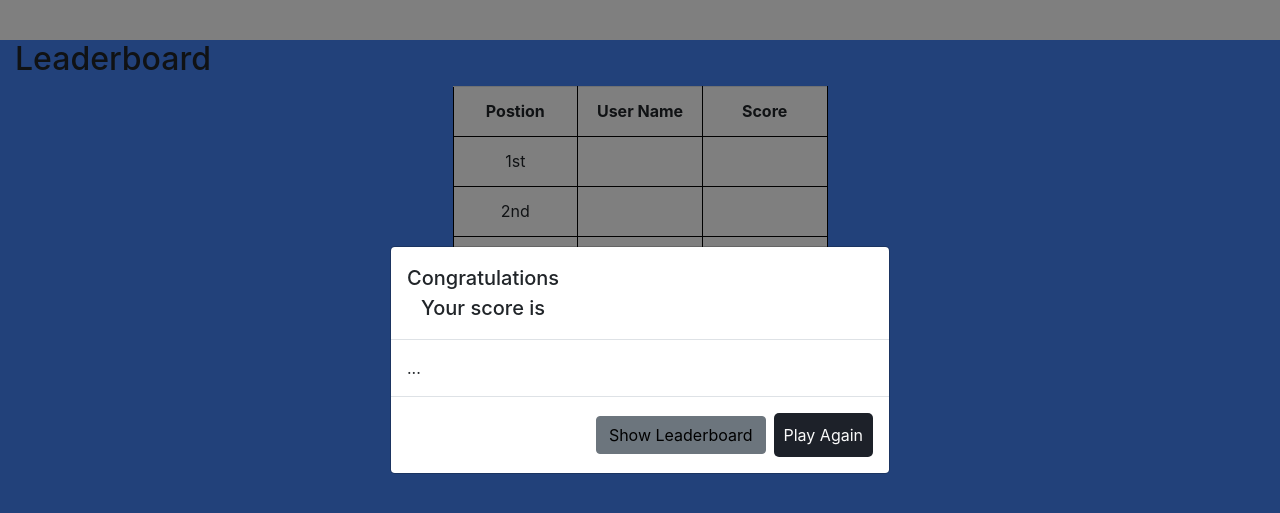
Repository: Code-Institute-Submissions/quiz-1
Page: leaderboard.html
The author's editor kept a record of every edit. The page is drawn from the files as they stood at one moment, then again after the next edit.
The browser window is 1280 px wide. The pictures show the window.
A layer covers the whole window, so only the first screen is drawn.

Above is the page before.

### leaderboard.html
<!DOCTYPE html>
<html lang="en">

<head>
    <meta charset="UTF-8">
    <meta name="viewport" content="width=device-width, initial-scale=1.0">
    <meta http-equiv="X-UA-Compatible" content="ie=edge">
    <link rel="stylesheet" href="https://stackpath.bootstrapcdn.com/bootstrap/4.4.1/css/bootstrap.min.css" type="text/css" />
    <link rel="stylesheet" href="https://stackpath.bootstrapcdn.com/font-awesome/4.7.0/css/font-awesome.min.css" type="text/css" />
    <link href="https://fonts.googleapis.com/css2?family=Montserrat&display=swap" rel="stylesheet">
    <link rel="stylesheet" href="assets/css/style.css" type="text/css" />
    <script src="https://cdnjs.cloudflare.com/ajax/libs/jquery/3.5.0/jquery.min.js" integrity="sha256-xNzN2a4ltkB44Mc/Jz3pT4iU1cmeR0FkXs4pru/JxaQ=" crossorigin="anonymous"></script>
    <script type="text/javascript" src="assets/js/modal-score.js"></script>
    <title>Quiz</title>
</head>

<body>
    <div class="container-fluid home">
        <div class="modal fade" id="exampleModalCenter" tabindex="-1" role="dialog" aria-labelledby="exampleModalCenterTitle" aria-hidden="true">
            <div class="modal-dialog modal-dialog-centered" role="document">
                <div class="modal-content">
                    <div class="modal-header">
                        <h5 class="modal-title" id="exampleModalLongTitle">Congratulations<br>Your score is</h5>
                    </div>
                    <div class="modal-body">
                        ...
                    </div>
                    <div class="modal-footer">
                        <button type="button" class="btn btn-secondary" data-dismiss="modal">Show Leaderboard</button>
                        <a href="load.html" class="load-button">Play Again</a>
                    </div>
                </div>
            </div>
        </div>
        <div class="table">
            <caption><h2 class="leaderboard-title">Leaderboard</h2></caption>
            <table>
                <tr>
                    <th>Postion</th>
                    <th>User Name</th>
                    <th>Score</th>
                </tr>
                <tr>
                    <td>1st</td>
                    <td></td>
                    <td></td>
                </tr>
                <tr>
                    <td>2nd</td>
                    <td></td>
                    <td></td>
                </tr>
                <tr>
                    <td>3rd</td>
                    <td></td>
                    <td></td>
                </tr>
                <tr>
                    <td>4th</td>
                    <td></td>
                    <td></td>
                </tr>
                <tr>
                    <td>5th</td>
                    <td></td>
                    <td></td>
                </tr>
            </table>
        </div>
        <div class="score-message">

        </div>
    </div>
    <footer class="container-fluid">
        <div id="footer-details" class="row">
            <div class="col-sm">
                <h4 class="uppercase footer-info">Social Links</h4>
                <ul class="list-inline social-links">
                    <li class="list-inline-item">
                        <a target="_blank" href="#">
                            <i class="fa fa-facebook fa-3x" aria-hidden="true"></i>
                            <span class="sr-only">Facebook</span>
                        </a>
                    </li>
                    <li class="list-inline-item">
                        <a target="_blank" href="#">
                            <i class="fa fa-twitter fa-3x" aria-hidden="true"></i>
                            <span class="sr-only">Twitter</span>
                        </a>
                    </li>
                    <li class="list-inline-item">
                        <a target="_blank" href="#">
                            <i class="fa fa-linkedin fa-3x" aria-hidden="true"></i>
                            <span class="sr-only">LinkedIn</span>
                        </a>
                    </li>
                    <li class="list-inline-item">
                        <a target="_blank" href="#">
                            <i class="fa fa-pinterest fa-3x" aria-hidden="true"></i>
                            <span class="sr-only">pinterest</span>
                        </a>
                    </li>
                    <li class="list-inline-item">
                        <a target="_blank" href="#">
                            <i class="fa fa-instagram fa-3x" aria-hidden="true"></i>
                            <span class="sr-only">Instagram</span>
                        </a>
                    </li>
                    <li class="list-inline-item">
                        <a target="_blank" href="#">
                            <i class="fa fa-youtube fa-3x" aria-hidden="true"></i>
                            <span class="sr-only">Youtube</span>
                        </a>
                    </li>
                </ul>
                <div class="copyright">
                    <p>Copyright &#169; Quiz<br>Website by Joseph Kelly</p>
                </div>
            </div>
        </div>
    </footer>
    <script src="https://code.jquery.com/jquery-3.3.1.slim.min.js" integrity="sha384-q8i/X+965DzO0rT7abK41JStQIAqVgRVzpbzo5smXKp4YfRvH+8abtTE1Pi6jizo" crossorigin="anonymous"></script>
    <script src="https://cdnjs.cloudflare.com/ajax/libs/popper.js/1.14.7/umd/popper.min.js" integrity="sha384-UO2eT0CpHqdSJQ6hJty5KVphtPhzWj9WO1clHTMGa3JDZwrnQq4sF86dIHNDz0W1" crossorigin="anonymous"></script>
    <script src="https://stackpath.bootstrapcdn.com/bootstrap/4.3.1/js/bootstrap.min.js" integrity="sha384-JjSmVgyd0p3pXB1rRibZUAYoIIy6OrQ6VrjIEaFf/nJGzIxFDsf4x0xIM+B07jRM" crossorigin="anonymous"></script>
</body>

</html>

### assets/css/style.css
/*--------------------------- home --------------- */

.home {
  background-color: #4582F4;
  height: 765px;
}

.info {
  font-family: 'Montserrat', sans-serif;
  text-align: center;
  padding-top: 40px;
  width: 50%;
  margin: auto;
}

.load {
  display: flex;
  justify-content: center;
  align-items: center;
  padding-top: 40px;
  padding-bottom: 40px;
}

.load-button {
  background-color: #1D2129;
  webkit-appearance: button;
  -moz-appearance: button;
  appearance: button;

  text-decoration: none;
  color: #fafafa;
  padding: 10px;
  border-radius: 5px;
}

/*--------------------------- animation --------------- */

.quiz-time {
  text-align: center;
  padding-top: 100px;
  width: 100vw;
  font-family: 'Montserrat', sans-serif;
  display: flex;
  justify-content: center;
  align-items: center;
  margin: -20px;
}

h1 span {
  position: relative;
  top: 20px;
  display: inline-block;
  -webkit-animation: bounce 0.3s ease infinite alternate;
  font-size: 100px;
  color: #fff;
  text-shadow: 0 1px 0 #ccc, 0 2px 0 #ccc, 0 3px 0 #ccc, 0 4px 0 #ccc,
  0 5px 0 #ccc, 0 6px 0 transparent, 0 7px 0 transparent, 0 8px 0 transparent,
  0 9px 0 transparent, 0 10px 10px rgba(0, 0, 0, 0.4);
}

h1 span:nth-child(2) {
  -webkit-animation-delay: 0.1s;
}

h1 span:nth-child(3) {
  -webkit-animation-delay: 0.2s;
}

h1 span:nth-child(4) {
  -webkit-animation-delay: 0.3s;
}

h1 span:nth-child(5) {
  -webkit-animation-delay: 0.4s;
}

h1 span:nth-child(6) {
  -webkit-animation-delay: 0.5s;
}

h1 span:nth-child(7) {
  -webkit-animation-delay: 0.6s;
}

h1 span:nth-child(8) {
  -webkit-animation-delay: 0.2s;
}

h1 span:nth-child(9) {
  -webkit-animation-delay: 0.3s;
}

h1 span:nth-child(10) {
  -webkit-animation-delay: 0.4s;
}

h1 span:nth-child(11) {
  -webkit-animation-delay: 0.5s;
}

h1 span:nth-child(12) {
  -webkit-animation-delay: 0.6s;
}

h1 span:nth-child(13) {
  -webkit-animation-delay: 0.7s;
}

h1 span:nth-child(14) {
  -webkit-animation-delay: 0.8s;
}

/* ANIMATION */

@-webkit-keyframes bounce {
  100% {
    top: -20px;
    text-shadow: 0 1px 0 #ccc, 0 2px 0 #ccc, 0 3px 0 #ccc, 0 4px 0 #ccc,
    0 5px 0 #ccc, 0 6px 0 #ccc, 0 7px 0 #ccc, 0 8px 0 #ccc, 0 9px 0 #ccc,
    0 50px 25px rgba(0, 0, 0, 0.2);
  }
}

/*--------------------------- footer --------------- */

footer {
  color: #fafafa;
  padding-top: 25px;
  background-color: #B2B5B9;
  display: inline-block;
}

.footer-info {
  font-weight: bold;
  text-align: center;
  color: #000000;
}

.list-inline-item {
  margin-left: 10px;
  margin-right: 10px;
}

.uppercase {
  text-transform: uppercase;
}

.social-links {
  text-align: center;
  color: #000000;
}

.copyright {
  text-align: center;
  color: #000000;
}

/*--------------------------- Quiz Loading --------------- */

.select-amount {
  width: 30%;
  margin-top: 200px;
  margin-bottom: 20px;
  margin-right: 35%;
  margin-left: 35%;
}

.select-category {
  width: 30%;
  margin-top: 20px;
  margin-bottom: 20px;
  margin-right: 35%;
  margin-left: 35%;
}

.select-difficulty {
  width: 30%;
  margin-top: 20px;
  margin-bottom: 20px;
  margin-right: 35%;
  margin-left: 35%;
}

.select-type {
  width: 30%;
  margin-top: 20px;
  margin-bottom: 40px;
  margin-right: 35%;
  margin-left: 35%;
}

/*--------------------------- timer --------------- */

.countdown {
  margin: 0 auto;
  max-width: 350px;
  background: #ff0000;
  font-family: Impact, Charcoal, sans-serif;
  text-align: center;
}

.countdown .header {
  color: #c61d1d;
  text-align: center;
  font-weight: normal;
  margin: 5px 0 10px 0;
}

.countdown .square {
  display: inline-block;
  padding: 10px;
  margin: 5px;
}

.countdown .digits {
  font-size: 24px;
  background: #fff;
  color: #000;
  padding: 20px 10px;
  border-radius: 5px;
}

.countdown .text {
  margin-top: 10px;
  color: #ddd;
}

/*--------------------------- quiz page --------------- */

.btn {
  color: #000000;
}

.mute-button {
  margin-top: 20px;
  float: right;
}

.countdown-quiz {
  margin: 0 auto;
  max-width: 350px;
  background: #ff0000;
  font-family: Impact, Charcoal, sans-serif;
  text-align: center;
  clear: both;
}

.countdown-quiz .header {
  color: #c61d1d;
  text-align: center;
  font-weight: normal;
  margin: 5px 0 10px 0;
}

.countdown-quiz .square {
  display: inline-block;
  padding: 10px;
  margin: 5px;
}

.countdown-quiz .digits {
  font-size: 24px;
  background: #fff;
  color: #000;
  padding: 20px 10px;
  border-radius: 5px;
}

.countdown-quiz .text {
  margin-top: 10px;
  color: #ddd;
}

/*--------------------------- Leaderboard page --------------- */

.modal-title {
  text-align: center;
}

table {
  height: 300px;
  margin: auto;

}

table,
th,
td {
  border: solid 1px black;
  background-color: white;
  text-align: center;
  width: 30%;
}

.table {
  margin-top: 40px;
}

### assets/js/modal-score.js
 $(window).on('load',function(){
        $('#exampleModalCenter').modal('show');
    });

    // displays modal on page load

After the next edit:
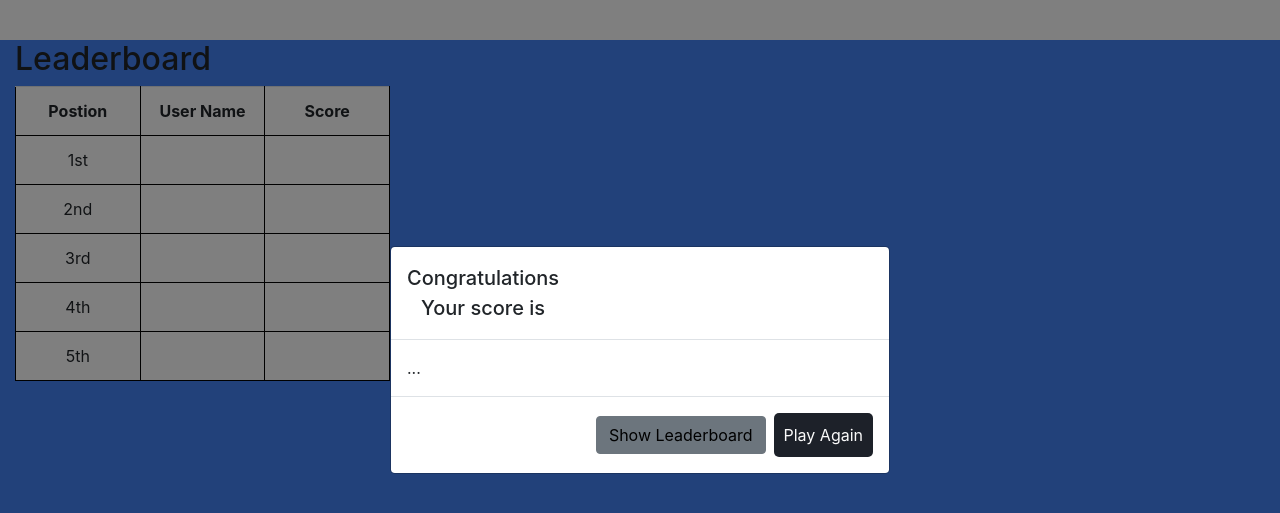
The edit:
--- a/assets/css/style.css
+++ b/assets/css/style.css
@@ -277,10 +277,8 @@
   text-align: center;
 }
 
-table {
-  height: 300px;
-  margin: auto;
-
+.table {
+  margin-top: 40px;
 }
 
 table,
